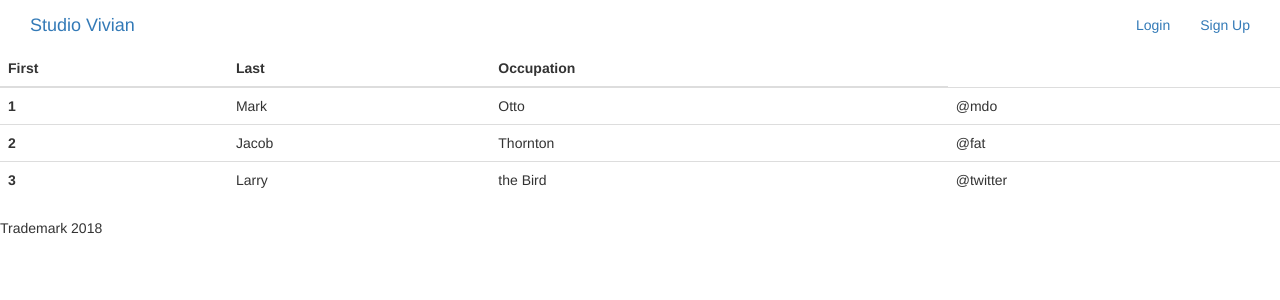
Repository: JamesShen03/ERP
Page: v1/views/activate.ejs
The author's editor kept a record of every edit. The page is drawn from the files as they stood at one moment, then again after the next edit.
The browser window is 1280 px wide. The pictures show the whole page.
The page is served by the project's Node server (v1/app.js). Other server files are loaded and not shown. The template is opened directly, without the code that normally fills it, so the values that code supplies are empty.

Above is the page before.

### v1/views/activate.ejs
<% include partials/header%>
<table class="table">
  <thead>
    <tr>
      <th scope="col">First</th>
      <th scope="col">Last</th>
      <th scope="col">Occupation</th>
    </tr>
  </thead>
  <tbody>
    <tr>
      <th scope="row">1</th>
      <td>Mark</td>
      <td>Otto</td>
      <td>@mdo</td>
    </tr>
    <tr>
      <th scope="row">2</th>
      <td>Jacob</td>
      <td>Thornton</td>
      <td>@fat</td>
    </tr>
    <tr>
      <th scope="row">3</th>
      <td>Larry</td>
      <td>the Bird</td>
      <td>@twitter</td>
    </tr>
  </tbody>
</table>
<% include partials/footer%>

### v1/views/partials/header.ejs
<!DOCTYPE html>
<html>
    <head>
        <title>Version 1.0 </title>
        <link rel="stylesheet" href="https://stackpath.bootstrapcdn.com/bootstrap/3.3.7/css/bootstrap.min.css">
    </head>
    <body>
   <div class="container-fluid">
            <div class="navbar-header">
                <a class="navbar-brand" href="/">Studio Vivian</a>
            </div>
            <div class="collapse navbar-collapse">
                <ul class="nav navbar-nav navbar-right">
                    <% if(!currentUser){ %>
                    <li><a href="/">Login</a></li>
                    <li><a href="/register">Sign Up</a></li>
                    <% }else{ %>
                    <li><a href="#">Signed In As <%= currentUser.username %></a></li>
                    <li><a href="/logout">Logout</a></li>
                    <% } %>
                </ul>
            </div>
        </div>
</nav>

### v1/views/partials/footer.ejs
        <p>Trademark 2018</p>

    </body>
</html>

### v1/app.js
var express = require ("express"),
    mongoose=require("mongoose"),
    app = express(),
    bodyParser=require("body-parser"),
    methodOverride = require("method-override"),
    passport=require("passport"),
    LocalStrategy=require("passport-local"),
    User=require("./models/user");

mongoose.set("useFindAndModify", false);
mongoose.connect('mongodb://localhost:27017/studio_vivian', { useNewUrlParser: true });
app.use(bodyParser.urlencoded({extended: true}));
app.use(methodOverride("_method"));
app.set("view engine","ejs");
app.use(express.static(__dirname + "/public"));

app.use(require("express-session")({
    secret: "thisisthesecretofthestudio",
    resave: false,
    saveUninitialized: false
}));
app.use(passport.initialize());
app.use(passport.session());
passport.use(new LocalStrategy(User.authenticate()));
passport.serializeUser(User.serializeUser());
passport.deserializeUser(User.deserializeUser());

app.use(function(req,res,next){
    res.locals.currentUser = req.user;
    next();
});



// show login form
app.get("/", function(req, res){
   res.render("login");
});


// handling login logic
app.post("/", passport.authenticate("local",
    {
        successRedirect: "/main",
        failureRedirect: "/"
    }), function(req, res){
});


app.get("/main",isLoggedIn, function(req,res){

   if(res.locals.currentUser.activation==="zero"){
       res.redirect("/infoquery");

   }
   else
    res.render("main");
});

app.get("/infoquery", isLoggedIn, function(req, res){
   res.render("infoquery");

});

app.put("/infoquery", isLoggedIn, function(req, res){
    var id=res.locals.currentUser._id;
    console.log (id);

    var newData = {activation: "one",

            address:req.body.address,
            favorite: req.body.favorite,
            gender: req.body.gender,
            age: req.body.age};

    // User.findOneAndUpdate(
    //     { "_id" : "id" },
    //     { $set: newData}
    // );

    User.findByIdAndUpdate(id, {$set: newData}, function(err, user){ if(err){
            res.redirect("/infoquery");
        } else {
            res.redirect("/main");
        }

    });
});


app.get("/activate", isLoggedIn, isAdmin, function(req, res){

   User.find({activation:"one"}, function(err, allUsers){
       if(err){
           console.log(err);
       } else {
          res.render("activate",{users:allUsers});
       }
   });
});

app.put("/activate", isLoggedIn, isAdmin, function(req, res){
    console.log(req.body.approved);
    var newData = {activation: "two"};

    User.findByIdAndUpdate(req.body.approved, {$set: newData}, function(err, user){ if(err){
            res.redirect("/main");
        } else {
            res.redirect("/activate");
        }

    });
});

//  ===========
// AUTH ROUTES
//  ===========

// show register form
app.get("/register", function(req, res){
   res.render("register");
});
//handle sign up logic
app.post("/register", function(req, res){
    var _functions;
    if(req.body.auth==="teacher"){
        _functions=["My Courses","Invoices","My Students"];
    }
    else{
        _functions=["My Courses","My Teachers","Materials"];
    }
    var _activation="zero";
    // var _address= var _favorite= var _gender=var _age="null";
    var newUser = new User({username: req.body.username, email:req.body.email, auth:req.body.auth, firstname:req.body.firstname, lastname:req.body.lastname,activation:_activation, functions:_functions
    // ,address: _address, favorite:_favorite, gender:_gender, age:_age
    });
    User.register(newUser, req.body.password, function(err, user){
        if(err){
            console.log(err);
            return res.render("register");
        }
        passport.authenticate("local")(req, res, function(){
           res.redirect("/main");
        });
    });
});


// logic route
app.get("/logout", function(req, res){
   req.logout();
   res.redirect("/");
});

function isLoggedIn(req, res, next){
    if(req.isAuthenticated()){
        return next();
    }
    res.redirect("/");
}

function isAdmin(req, res, next){
    if(res.locals.currentUser.activation==="three"){
        return next();
    }
    res.redirect("/main");
}


app.listen(process.env.PORT, process.env.IP, function(){
    console.log("SERVER IS RUNNING!");
})

After the next edit:
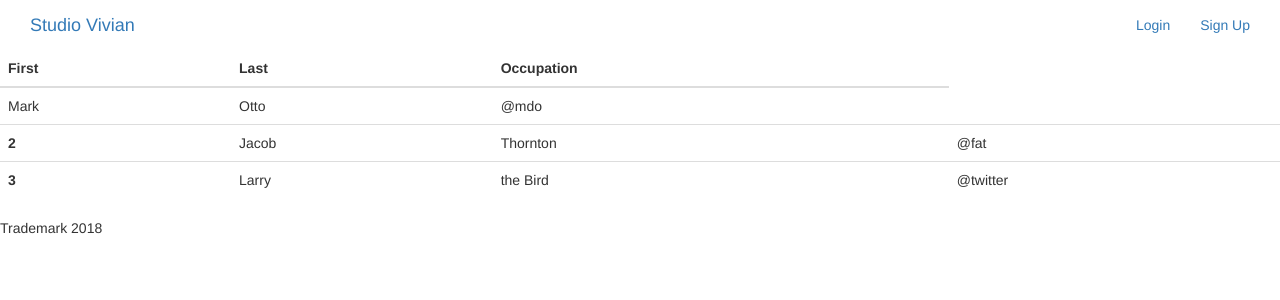
The edit:
--- a/v1/views/activate.ejs
+++ b/v1/views/activate.ejs
@@ -9,7 +9,6 @@
   </thead>
   <tbody>
     <tr>
-      <th scope="row">1</th>
       <td>Mark</td>
       <td>Otto</td>
       <td>@mdo</td>
